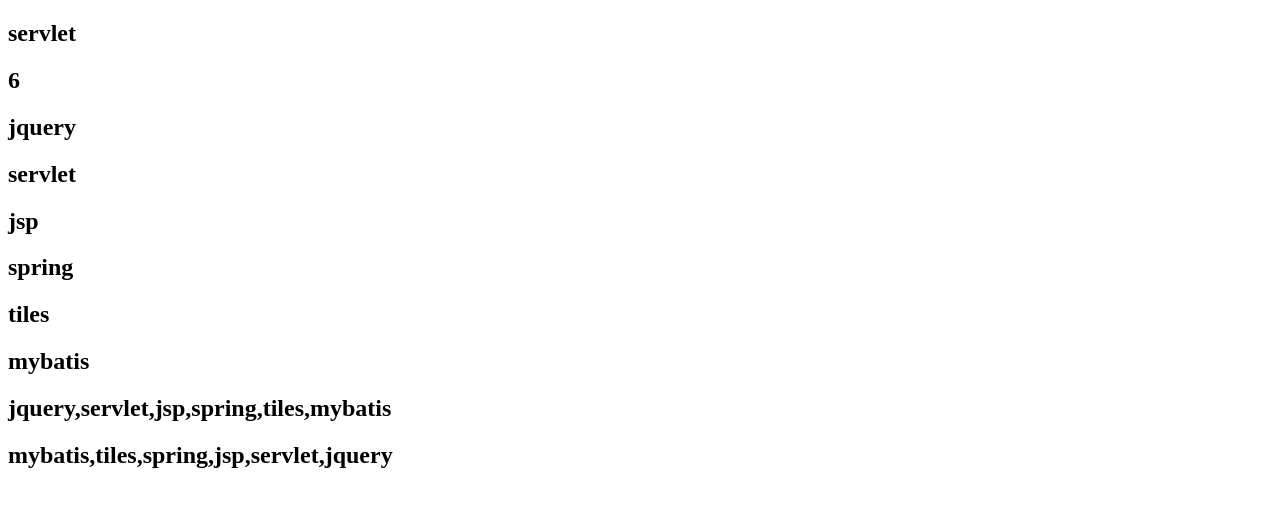
Repository: sonic247897/multicampus-web
Page: clientweb/WebContent/js_basic/js_array_test01.html
These files come from the project's save history. The page is drawn as it stood at one moment and after the next save; the edit follows.
The browser window is 1280 px wide. The pictures show the whole page.

Above is the page before, as saved 2020-01-08 02:30:52.

### clientweb/WebContent/js_basic/js_array_test01.html
<!DOCTYPE html>
<html>
<head>
<meta charset="EUC-KR">
<title>Insert title here</title>
</head>
<body>
	<script type = "text/javascript">
		myarr = new Array();
		myarr[0] = "jquery";
		myarr[1] = "servlet";
		myarr[2] = "jsp";
		myarr[3] = "spring";
		myarr[4] = "tiles";
		myarr[5] = "mybatis";

		document.write("<h2>"+myarr[1]+"</h2>");
		document.write("<h2>"+myarr.length+"</h2>");
		for (i = 0; i < myarr.length; i++) {
			document.write("<h2>" + myarr[i] + "</h2>");
		}
		document.write("<h2>"+myarr.join(",")+"</h2>");
		document.write("<h2>"+myarr.reverse()+"</h2>");


	</script>

</body>
</html>

After the next save:
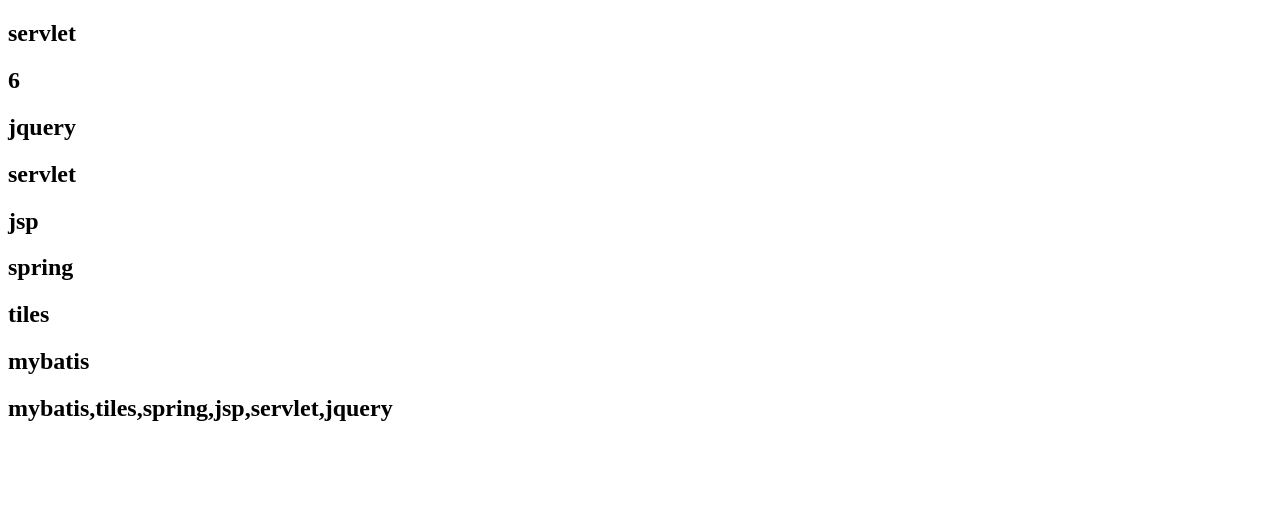
Saved 10 s later.
--- a/clientweb/WebContent/js_basic/js_array_test01.html
+++ b/clientweb/WebContent/js_basic/js_array_test01.html
@@ -19,7 +19,7 @@
 		for (i = 0; i < myarr.length; i++) {
 			document.write("<h2>" + myarr[i] + "</h2>");
 		}
-		document.write("<h2>"+myarr.join(",")+"</h2>");
+		//document.write("<h2>"+myarr.join(",")+"</h2>");
 		document.write("<h2>"+myarr.reverse()+"</h2>");
 
 

After the save that followed:
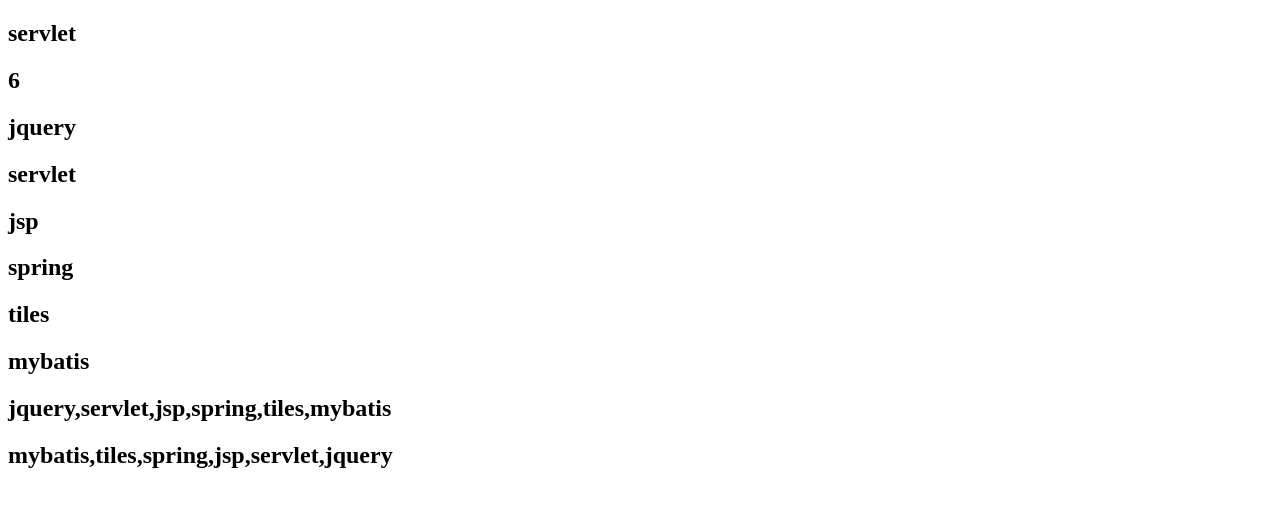
Saved 10 s later.
--- a/clientweb/WebContent/js_basic/js_array_test01.html
+++ b/clientweb/WebContent/js_basic/js_array_test01.html
@@ -19,7 +19,7 @@
 		for (i = 0; i < myarr.length; i++) {
 			document.write("<h2>" + myarr[i] + "</h2>");
 		}
-		//document.write("<h2>"+myarr.join(",")+"</h2>");
+		document.write("<h2>"+myarr.join(",")+"</h2>");
 		document.write("<h2>"+myarr.reverse()+"</h2>");
 
 
